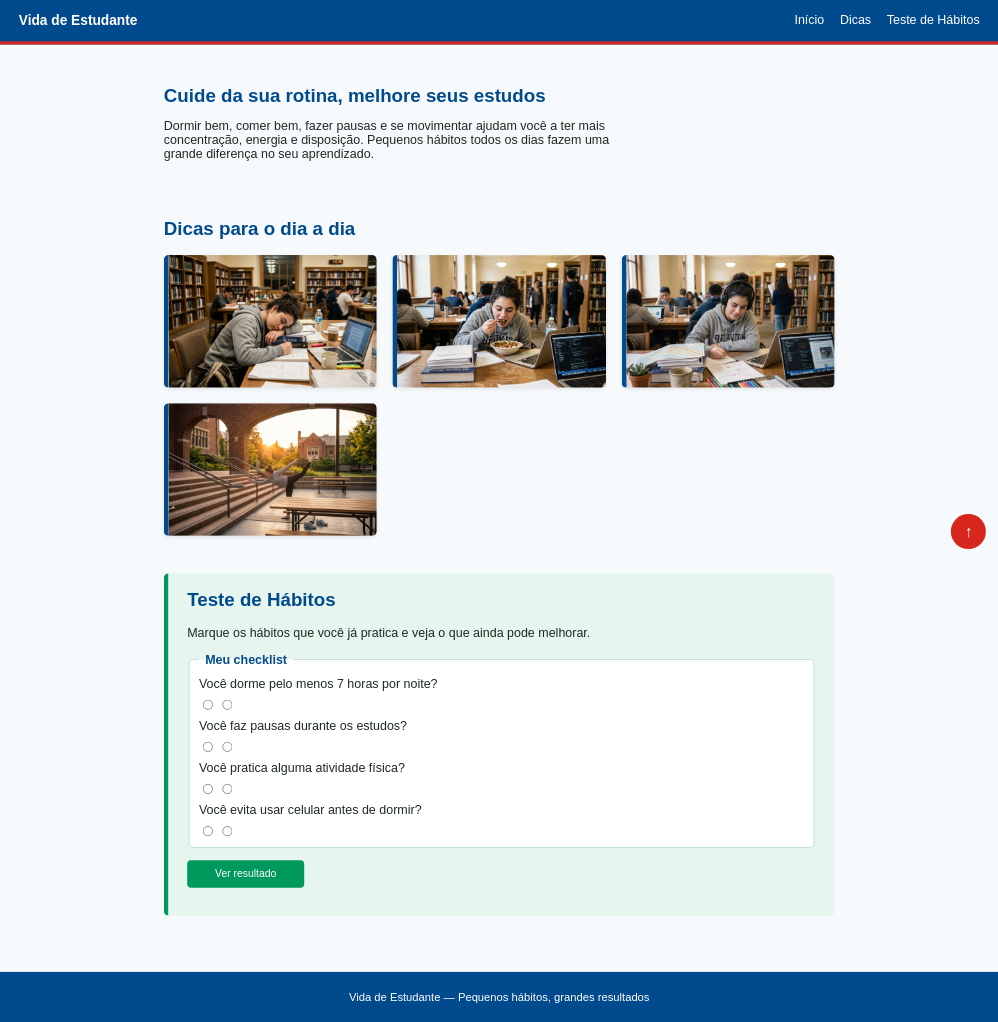
Repository: antonymsantana-design/healf-student
Page: index.html
These files come from the project's save history. The page is drawn as it stood at one moment and after a run of saves; the edit follows.
The browser window is 1280 px wide. The pictures show the whole page, at 78% of full size.

Above is the page before, as saved 2026-10-12 22:31:42.

### index.html
<!DOCTYPE html>
<html lang="pt-BR">

<head>
    <meta charset="UTF-8">
    <meta name="viewport" content="width=device-width, initial-scale=1">
    <title>Vida de Estudante: Guia de Hábitos Saudáveis</title>
    <link rel="stylesheet" href="style.css">
    <script src="script.js" defer></script>
</head>

<body>
    <header>
        <nav>
            <span class="logo">Vida de Estudante</span>
            <a href="#inicio">Início</a>
            <a href="#dicas">Dicas</a>
            <a href="#teste">Teste de Hábitos</a>
        </nav>
    </header>

    <main>
        <section id="inicio" class="abertura">
            <div class="abertura-texto">
                <h1>Cuide da sua rotina, melhore seus estudos</h1>
                <p class="intro">Dormir bem, comer bem, fazer pausas e se movimentar ajudam você a ter mais
                    concentração, energia e disposição. Pequenos hábitos todos os dias fazem uma grande diferença no
                    seu aprendizado.</p>
            </div>

        </section>

        <section id="dicas">
            <h2>Dicas para o dia a dia</h2>
            <div class="cards" id="cards">
            </div>
        </section>

        <section id="teste" class="projeto">
            <h2>Teste de Hábitos</h2>
            <p>Marque os hábitos que você já pratica e veja o que ainda pode melhorar.</p>

            <form>
                <fieldset>
                    <legend>Meu checklist</legend>

                    <label for="drm">Você dorme pelo menos 7 horas por noite?
                    </label>
                    <input type="radio" name="drm" id="drm" value="sim" placeholder="Sim">
                    <input type="radio" name="drm" id="drm" value="não" placeholder="Não">

                    <label for="ps">Você faz pausas durante os estudos?

                    </label>
                    <input type="radio" name="ps" id="ps" value="sim" placeholder="Sim">
                    <input type="radio" name="ps" id="ps" value="não" placeholder="Não">

                    <label for="fs">Você pratica alguma atividade física?

                    </label>
                    <input type="radio" name="fs" id="fs" value="sim"placeholder="Sim">
                    <input type="radio" name="fs" id="fs" value="não"placeholder="Não">

                    <label for="cl">Você evita usar celular antes de dormir?

                    </label>
                    <input type="radio" name="cl" id="cl" value="sim"placeholder="Sim">
                    <input type="radio" name="cl" id="cl" value="não"placeholder="Não">

                </fieldset>

                <button id="btn" class="btn"></button>
            </form>
            <p id="a"></p>
        </section>
    </main>

    <a href="#inicio" class="topo" aria-label="Voltar ao topo">↑</a>

    <footer>
        Vida de Estudante — Pequenos hábitos, grandes resultados
    </footer>
</body>

</html>

### style.css
* {
    box-sizing: border-box;
    scroll-behavior: smooth;
}

body {
    margin: 0;
    font-family: Arial, Helvetica, sans-serif, cursive;
    color: #1d2a22;
    background: #f7fafc;
}

header {
    background: #004a8d;
    color: #fff;
    padding: 1rem 1.5rem;
    border-bottom: 4px solid #d7261e;;
    top: 0;
}

nav {
    display: flex;
    gap: 1.25rem;
    flex-wrap: wrap;
    align-items: center;
}

.logo {
    font-weight: bold;
    font-size: 1.1rem;
    margin-right: auto;
}

nav a {
    color: #fff;
    text-decoration: none;
    padding-bottom: 2px;
}

nav a:hover {
    font-weight: bold;
    border-bottom: 2px solid #fff;
    transform: translateY(-2px);
    transition: 0.2s;
}

main {
    max-width: 900px;
    margin: 0 auto;
    padding: 2rem 1.25rem 3rem;
}

h1 {
    color: #004a8d;
    margin-bottom: .25rem;
}

h2 {
    color: #004a8d;
}

.abertura {
    display: flex;
    align-items: center;
    gap: 2rem;
    margin-bottom: 3rem;
}

.abertura-texto {
    flex: 1;
}

.intro {
    max-width: 65ch;
    margin-bottom: 1.5rem;
}

.btn{
    width: 150px;
    height: 35px;
    border-radius: 5px;
    color: white;
    background-color: #00995d;
    border: none;
    transition: 0.3s ease;
}

.btn:hover{
    transform:translateY(-1px);
}

.ilustracao {
    width: 220px;
}

.botao {
    display: inline-block;
    background: #00995d;
    color: #fff;
    border: none;
    border-radius: 6px;
    padding: .7rem 1.2rem;
    font-size: 1rem;
    cursor: pointer;
}

.botao:hover {
    background: #004a8d;
    transition: 0.2s;
}

.cards {
    display: grid;
    grid-template-columns: repeat(auto-fit, minmax(250px, 1fr));
    gap: 1.25rem;
    margin-bottom: 3rem;
}

.card {
    background: #fff;
    border-left: 6px solid #004a8d;
    border-radius: 6px;
    padding: 1.25rem 1.5rem;
    box-shadow: 0 2px 6px rgba(0, 0, 0, 0.08);
    transition: transform 0.2s, box-shadow 0.2s;
    height: 170px;

}


.card:hover {
    background-image: none !important;
    background-color: #e6f5ee !important;
    transform: translateY(-6px);
    box-shadow: 0 8px 16px rgba(0, 0, 0, 0.15);
    color: #1d2a22;
}

.card:hover h3,
.card:hover p {
    opacity: 1;
}

.card h3 {
    margin: .5rem 0 .25rem;
    color: #004a8d;
    opacity: 0;
    transition: opacity 0.2s;
}

.card p {
    opacity: 0;
    margin: 0;
    line-height: 1.4;
    transition: opacity 0.2s;
}

.icone {
    font-size: 2rem;
}

.projeto {
    background: #e6f5ee;
    border-left: 6px solid #00995d;
    border-radius: 6px;
    padding: 1.25rem 1.5rem;
    margin-bottom: 1.5rem;
}

.projeto h2 {
    margin-top: 0;
}

.projeto h3 {
    margin-bottom: .25rem;
    font-size: 1rem;
}

.projeto ul {
    margin-top: 0;
    padding-left: 1.2rem;
}

fieldset {
    border: 1px solid #b6d9c7;
    border-radius: 6px;
    margin-bottom: 1rem;
    background: #fff;
}

legend {
    font-weight: bold;
    color: #004a8d;
    padding: 0 .5rem;
}

fieldset label {
    display: block;
    margin: .5rem 0;
    cursor: pointer;
}

.topo {
    position: fixed;
    right: 1rem;
    bottom: 1rem;
    background: #d7261e;
    color: #fff;
    text-decoration: none;
    width: 2.8rem;
    height: 2.8rem;
    border-radius: 50%;
    display: flex;
    align-items: center;
    justify-content: center;
    font-size: 1.3rem;
}

footer {
    text-align: center;
    padding: 1.5rem;
    font-size: .9rem;
    color: #fff;
    background: #004a8d;
}

@media (max-width: 600px) {
    .abertura {
        flex-direction: column-reverse;
        text-align: center;
    }

    .ilustracao {
        width: 160px;
    }

    nav {
        gap: .75rem;
    }

    .logo {
        width: 100%;
    }

}

### script.js
const titleCard = ["Sono", "Alimentação", "Estudos", "Atividade Fisica"];
const pTitleCard = [
  "Dormir de 7 a 9 horas melhora a concentração e a memória.",
  "Uma alimentação saudável ajuda a manter o corpo e a mente em equilíbrio.",
  "Estabelecer uma rotina de estudos aumenta a produtividade e o aprendizado.",
  "Praticar atividade física regularmente melhora a saúde mental e física.",
];

const crdImage = [
  "./images/dormir.jpg",
  "./images/comer.jpg",
  "./images/estudar.jpg",
  "./images/exercicio.jpg",
];

const cardArea = document.getElementById("cards");

function createCard() {
  for (let i = 0; i < pTitleCard.length; i++) {
    cardArea.innerHTML += `<article class="card sono" id="card"  style="background-image: url('${crdImage[i]}'); background-size: cover; background-position: center;">
                    <h3 id="TC">${titleCard[i]}</h3>
                    <p id="PTC">${pTitleCard[i]}</p>
                </article>`;
  }
}

createCard();

const btn = document.getElementById("btn");
const a = document.getElementById("a");

btn.innerHTML = "Ver resultado";
btn.addEventListener("click", function (event) {
  event.preventDefault();
  const drm = document.querySelector('input[name="drm"]:checked');
  const ps = document.querySelector('input[name="ps"]:checked');
  const fs = document.querySelector('input[name="fs"]:checked');
  const cl = document.querySelector('input[name="cl"]:checked');
  if (drm == null || ps == null || fs == null || cl == null) {
    a.innerHTML = "Responda todas as perguntas!";
  } else if (
    drm.value == "sim" &&
    ps.value == "sim" &&
    fs.value == "sim" &&
    cl.value == "sim"
  ) {
    a.innerHTML = "Parabéns! Seus hábitos estão bons!";
  } else {
    a.innerHTML = "Você precisa melhorar alguns hábitos!";
  }
});

After the next 4 saves:
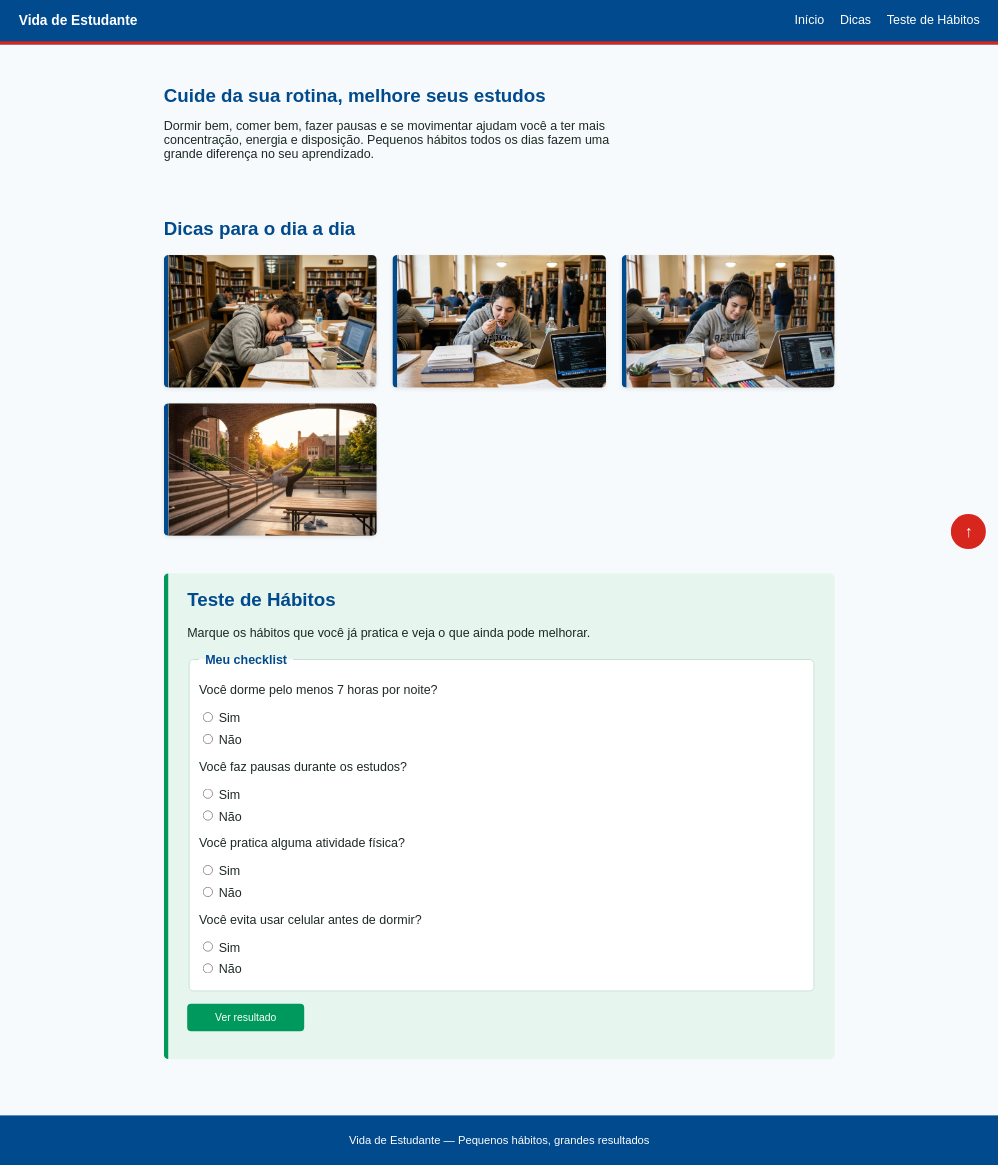
The 4 saves are shown as one change because they came seconds apart.
The last was saved 93 s later.
--- a/index.html
+++ b/index.html
@@ -1,85 +1,78 @@
-<!DOCTYPE html>
+<!doctype html>
 <html lang="pt-BR">
+  <head>
+    <meta charset="UTF-8" />
+    <meta name="viewport" content="width=device-width, initial-scale=1" />
+    <title>Vida de Estudante: Guia de Hábitos Saudáveis</title>
+    <link rel="stylesheet" href="style.css" />
+    <script src="script.js" defer></script>
+  </head>
 
-<head>
-    <meta charset="UTF-8">
-    <meta name="viewport" content="width=device-width, initial-scale=1">
-    <title>Vida de Estudante: Guia de Hábitos Saudáveis</title>
-    <link rel="stylesheet" href="style.css">
-    <script src="script.js" defer></script>
-</head>
-
-<body>
+  <body>
     <header>
-        <nav>
-            <span class="logo">Vida de Estudante</span>
-            <a href="#inicio">Início</a>
-            <a href="#dicas">Dicas</a>
-            <a href="#teste">Teste de Hábitos</a>
-        </nav>
+      <nav>
+        <span class="logo">Vida de Estudante</span>
+        <a href="#inicio">Início</a>
+        <a href="#dicas">Dicas</a>
+        <a href="#teste">Teste de Hábitos</a>
+      </nav>
     </header>
 
     <main>
-        <section id="inicio" class="abertura">
-            <div class="abertura-texto">
-                <h1>Cuide da sua rotina, melhore seus estudos</h1>
-                <p class="intro">Dormir bem, comer bem, fazer pausas e se movimentar ajudam você a ter mais
-                    concentração, energia e disposição. Pequenos hábitos todos os dias fazem uma grande diferença no
-                    seu aprendizado.</p>
-            </div>
+      <section id="inicio" class="abertura">
+        <div class="abertura-texto">
+          <h1>Cuide da sua rotina, melhore seus estudos</h1>
+          <p class="intro">
+            Dormir bem, comer bem, fazer pausas e se movimentar ajudam você a
+            ter mais concentração, energia e disposição. Pequenos hábitos todos
+            os dias fazem uma grande diferença no seu aprendizado.
+          </p>
+        </div>
+      </section>
 
-        </section>
+      <section id="dicas">
+        <h2>Dicas para o dia a dia</h2>
+        <div class="cards" id="cards"></div>
+      </section>
 
-        <section id="dicas">
-            <h2>Dicas para o dia a dia</h2>
-            <div class="cards" id="cards">
-            </div>
-        </section>
+      <section id="teste" class="projeto">
+        <h2>Teste de Hábitos</h2>
+        <p>
+          Marque os hábitos que você já pratica e veja o que ainda pode
+          melhorar.
+        </p>
 
-        <section id="teste" class="projeto">
-            <h2>Teste de Hábitos</h2>
-            <p>Marque os hábitos que você já pratica e veja o que ainda pode melhorar.</p>
+        <form>
 
-            <form>
-                <fieldset>
-                    <legend>Meu checklist</legend>
+          <fieldset>
+            <legend>Meu checklist</legend>
 
-                    <label for="drm">Você dorme pelo menos 7 horas por noite?
-                    </label>
-                    <input type="radio" name="drm" id="drm" value="sim" placeholder="Sim">
-                    <input type="radio" name="drm" id="drm" value="não" placeholder="Não">
+            <p>Você dorme pelo menos 7 horas por noite?</p>
+            <label> <input type="radio" name="drm" value="sim" /> Sim </label>
+            <label> <input type="radio" name="drm" value="não" /> Não </label>
 
-                    <label for="ps">Você faz pausas durante os estudos?
+            <p>Você faz pausas durante os estudos?</p>
+            <label> <input type="radio" name="ps" value="sim" /> Sim </label>
+            <label> <input type="radio" name="ps" value="não" /> Não </label>
 
-                    </label>
-                    <input type="radio" name="ps" id="ps" value="sim" placeholder="Sim">
-                    <input type="radio" name="ps" id="ps" value="não" placeholder="Não">
+            <p>Você pratica alguma atividade física?</p>
+            <label> <input type="radio" name="fs" value="sim" /> Sim </label>
+            <label> <input type="radio" name="fs" value="não" /> Não </label>
 
-                    <label for="fs">Você pratica alguma atividade física?
+            <p>Você evita usar celular antes de dormir?</p>
+            <label> <input type="radio" name="cl" value="sim" /> Sim </label>
+            <label> <input type="radio" name="cl" value="não" /> Não </label>
+          </fieldset>
 
-                    </label>
-                    <input type="radio" name="fs" id="fs" value="sim"placeholder="Sim">
-                    <input type="radio" name="fs" id="fs" value="não"placeholder="Não">
 
-                    <label for="cl">Você evita usar celular antes de dormir?
-
-                    </label>
-                    <input type="radio" name="cl" id="cl" value="sim"placeholder="Sim">
-                    <input type="radio" name="cl" id="cl" value="não"placeholder="Não">
-
-                </fieldset>
-
-                <button id="btn" class="btn"></button>
-            </form>
-            <p id="a"></p>
-        </section>
+          <button id="btn" class="btn"></button>
+        </form>
+        <p id="a"></p>
+      </section>
     </main>
 
     <a href="#inicio" class="topo" aria-label="Voltar ao topo">↑</a>
 
-    <footer>
-        Vida de Estudante — Pequenos hábitos, grandes resultados
-    </footer>
-</body>
-
+    <footer>Vida de Estudante — Pequenos hábitos, grandes resultados</footer>
+  </body>
 </html>
